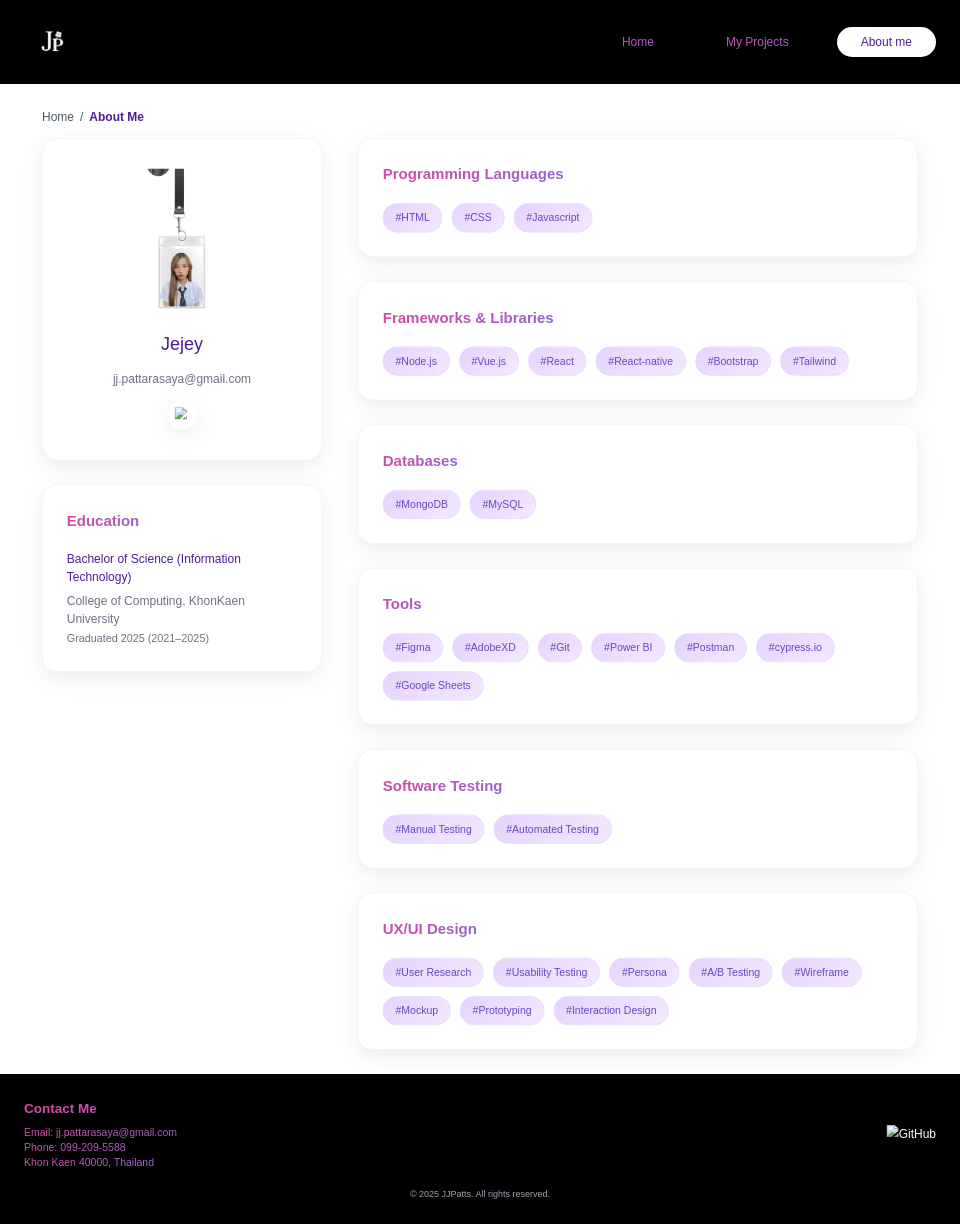
Repository: PattarasayaJJ/Portfolio-jjpatts
Page: /aboutme
These files come from the project's save history. The page is drawn as it stood at one moment and after the next save; the edit follows.
The browser window is 1280 px wide. The pictures show the whole page, at 75% of full size.
The project was rebuilt for these pictures with package versions that can differ from the ones it lists, and the page was loaded fresh each time. Also part of the build but not shown: vite.config.js, vite.config.ts, src/header.css, src/hero.css, src/components/Hero.jsx, src/projects.css, src/components/Works.jsx.

Above is the page before, as saved 2025-08-03 15:24:33.

After the next save:
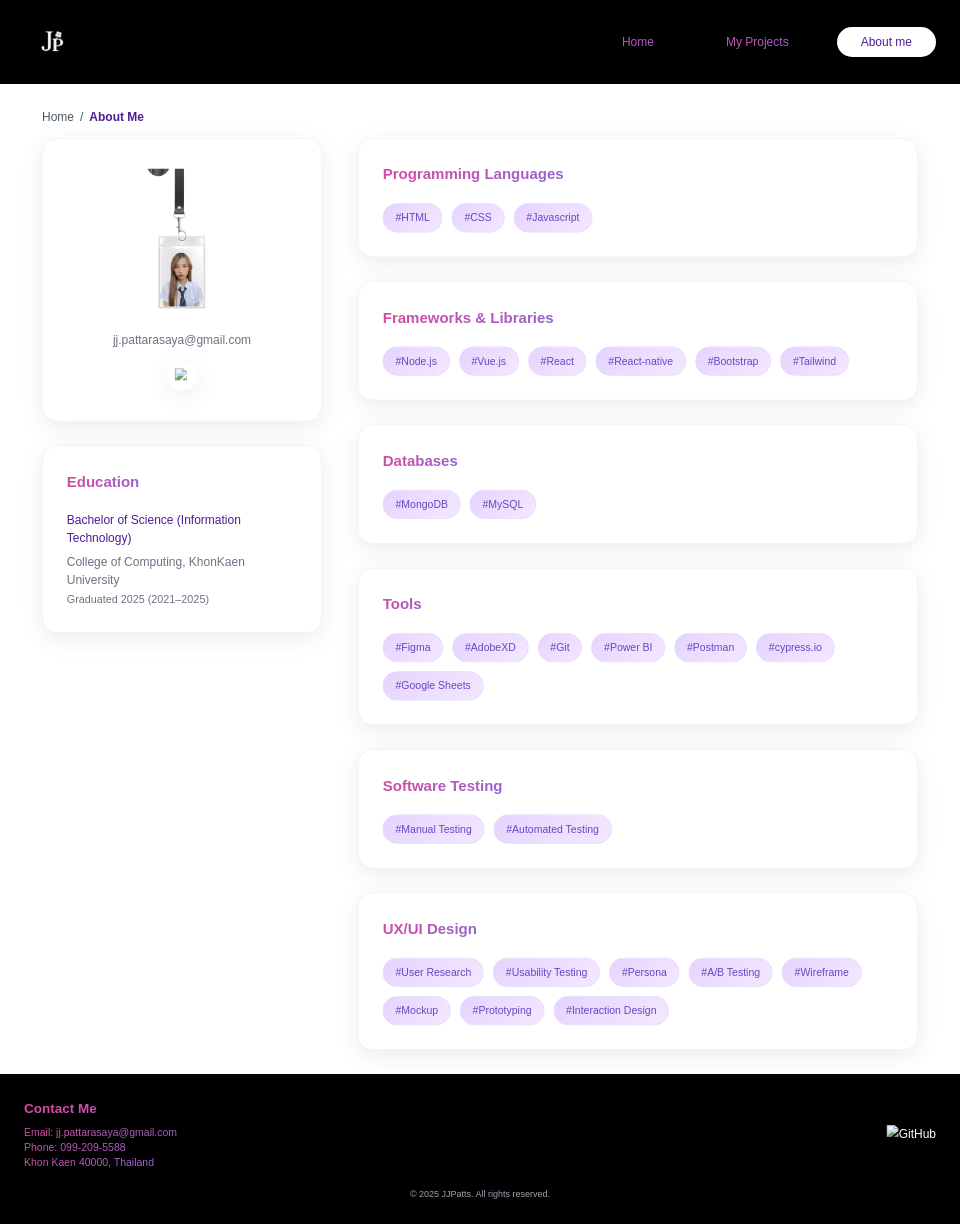
Saved 6 s later.
--- a/src/components/Aboutme.jsx
+++ b/src/components/Aboutme.jsx
@@ -70,7 +70,6 @@ export function Aboutme() {
                   className="avatar-img"
                 />
               </div>
-              <h2 className="profile-name">Jejey</h2>
               <p className="email">jj.pattarasaya@gmail.com</p>
 
               <div className="social-icons">
